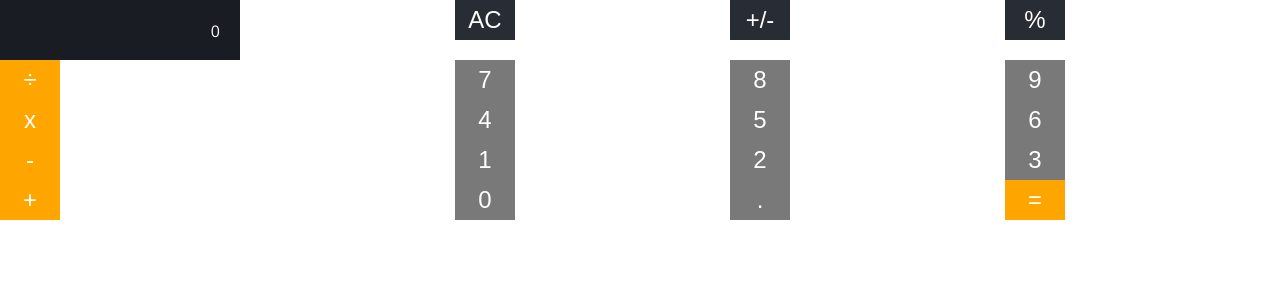
Repository: catsarenotreal/CalculatorWebApp
Page: /
An editor plug-in stored every save of this project. The page is shown before and after the next save, followed by the edit.
The browser window is 1280 px wide. The pictures show the whole page.
The project was rebuilt for these pictures with package versions that can differ from the ones it lists, and the page was loaded fresh each time.

Above is the page before, as saved 2024-08-26 14:47:56.

After the next save:
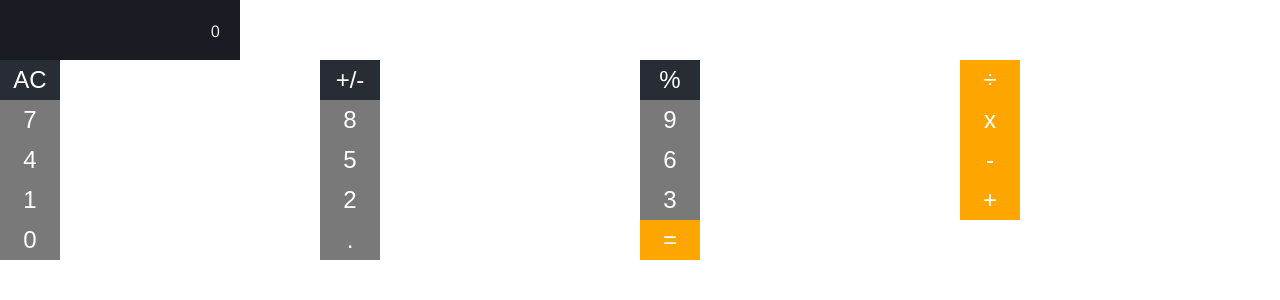
Saved 45 s later.
--- a/src/App.tsx
+++ b/src/App.tsx
@@ -203,10 +203,11 @@ export default function Calc() {
   // if (stack.length > 2) setACDis('AC');
   // startWithRefresh(setACDis);
   return (
-    <div className = "wrapper">
-      {/* <div className = "row"> */}
+    <div>
+      <div className = "row">
         <div className= "DisplayScreen">{`${(display)}`}</div>
-      {/* </div> */}
+      </div>
+      <div className = "wrapper">
       {/* <div className = "row"> */}
         <Buttons val={setAC ? "AC" : "C"} colour = 'darkgrey' setDisplay = {setDisplay} />
         <Buttons val={'+/-'} colour = 'darkgrey' setDisplay = {setDisplay}/>
@@ -235,7 +236,7 @@ export default function Calc() {
         <Buttons val={'0'} colour = 'lightgrey' setDisplay = {setDisplay}/>
         <Buttons val={'.'} colour = 'lightgrey' setDisplay = {setDisplay}/>
         <Buttons val={'='} colour = 'orange' setDisplay = {setDisplay}/>
-      {/* </div> */}
+      </div>
     </div>
 
   );
